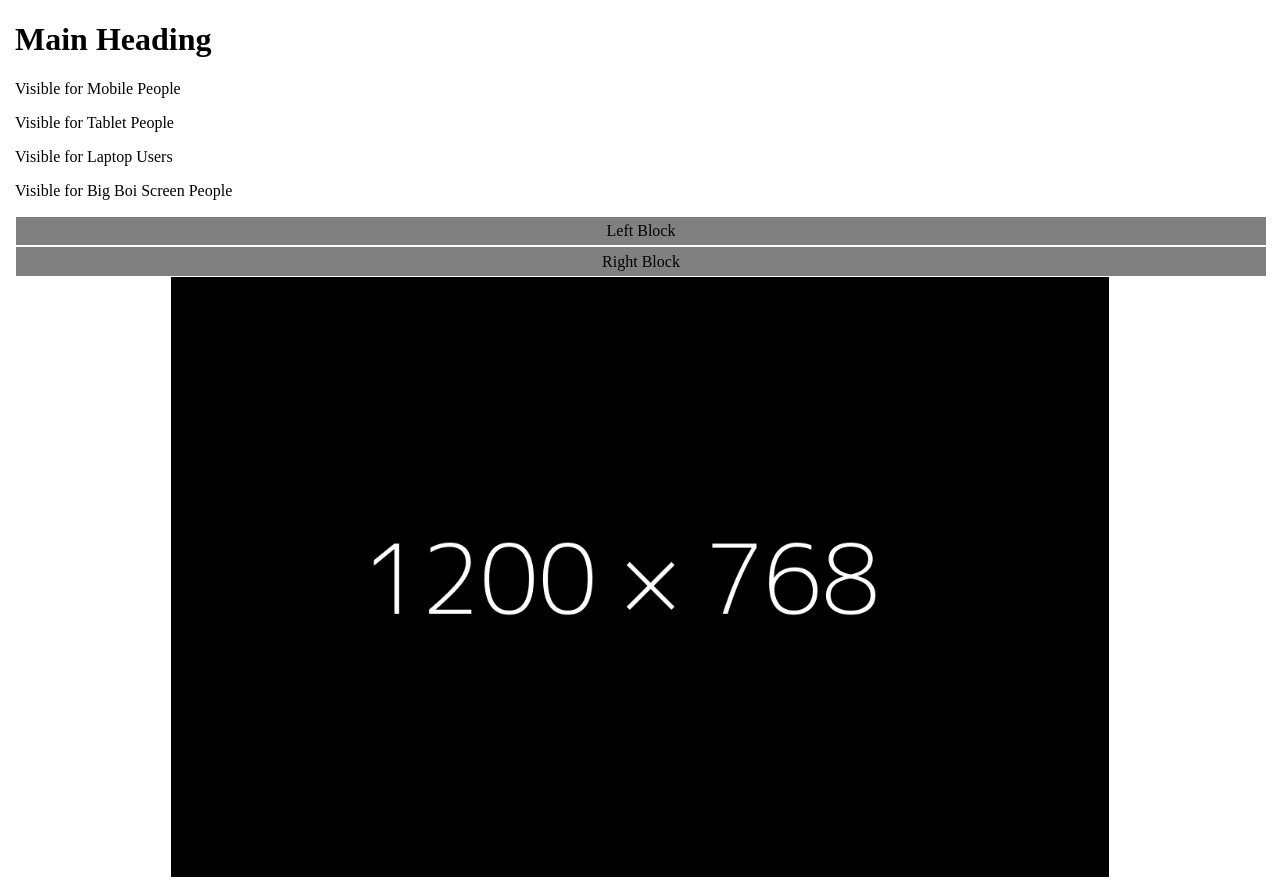
Repository: Stefan-Kosker/mobile-first-example
Page: index.html
The author's editor kept a copy of each file at every save. The page is drawn from the files as they stood at one save, then again after the next save.
The browser window is 1280 px wide. The pictures show the whole page.

Above is the page before, as saved 2019-11-20 07:48:37.

### index.html
<!DOCTYPE html>
<html>

<head>
    <meta name="viewport" content="width=device-width, initial-scale=1.0">
    <link rel="stylesheet" type="text/css" href="main.css">
</head>

<body>

    <h1>Main Heading</h1>

    <p class="small">Visible for Mobile People</p>
    <p class="medium">Visible for Tablet People</p>
    <p class="large">Visible for Laptop Users</p>
    <p class="extra-large">Visible for Big Boi Screen People</p>

    <div class="outer-container">
        <div class=block>
            Left Block
        </div>
        <div class=block>
            Right Block
        </div>
    </div>

    <picture>
        <source srcset="xl-image.png" media="(min-width: 1200px)">
        <source srcset="la-image.png" media="(min-width: 1024px)">
        <source srcset="medium-image.png" media="(min-width: 768px)">
        <img src="xs-image.png" alt="image alt text">
    </picture>

</body>



</html>

### main.css
html{
    width: 100%;
    position: absolute;
}

body{
    padding-right: 15px;
    padding-left: 15px;
    margin-right: auto;
    margin-left: auto;

}

picture {
    display: block;
    margin-left: auto;
    margin-right: auto;
    width: 75%;
}

picture img {
    width: 100%;
}




.outer-container {
    width: 100%;
}

.block {
    width: 100%;
    border: 1px solid white;
    background-color: gray;
    text-align: center;
    padding: .33rem 0;
}

After the next save:
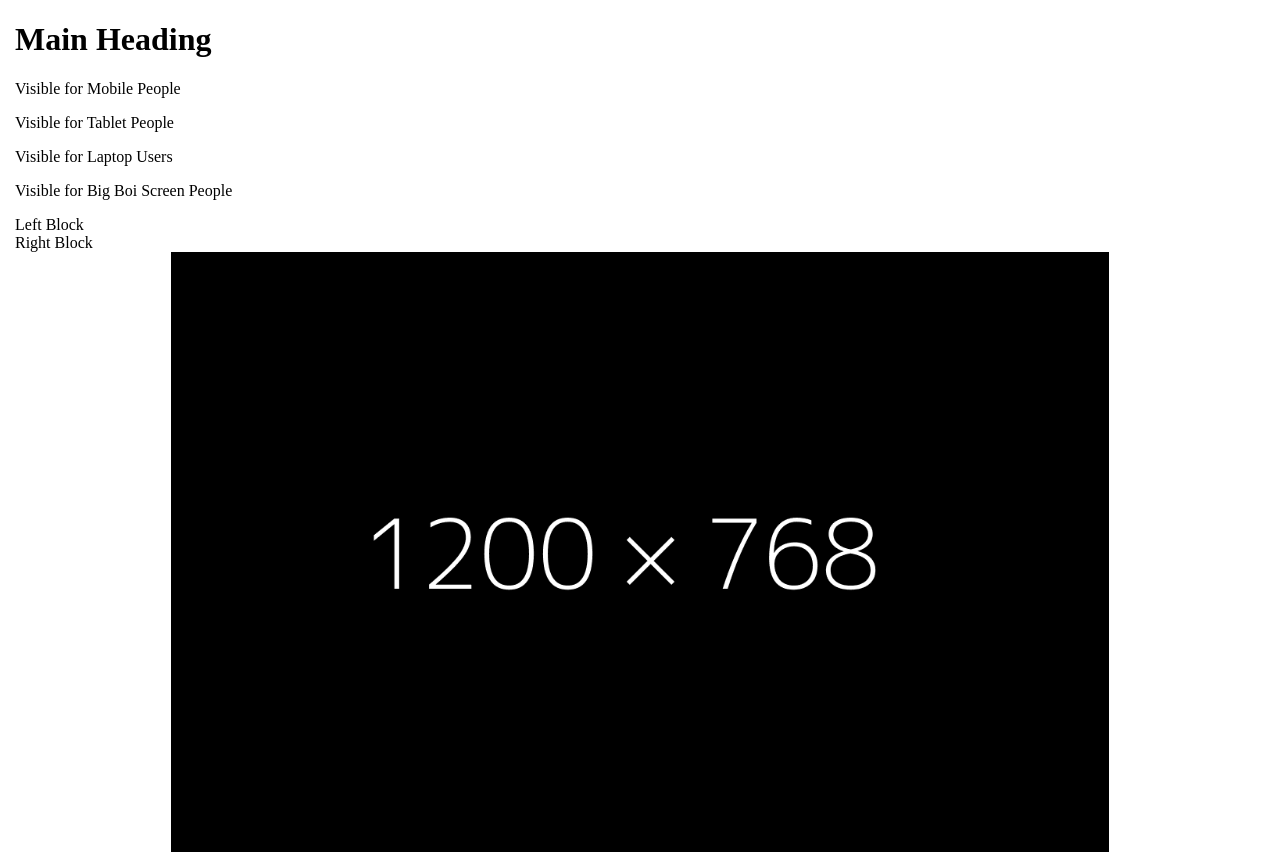
Saved 17 s later.
--- a/main.css
+++ b/main.css
@@ -21,18 +21,3 @@ picture {
 picture img {
     width: 100%;
 }
-
-
-
-
-.outer-container {
-    width: 100%;
-}
-
-.block {
-    width: 100%;
-    border: 1px solid white;
-    background-color: gray;
-    text-align: center;
-    padding: .33rem 0;
-}
